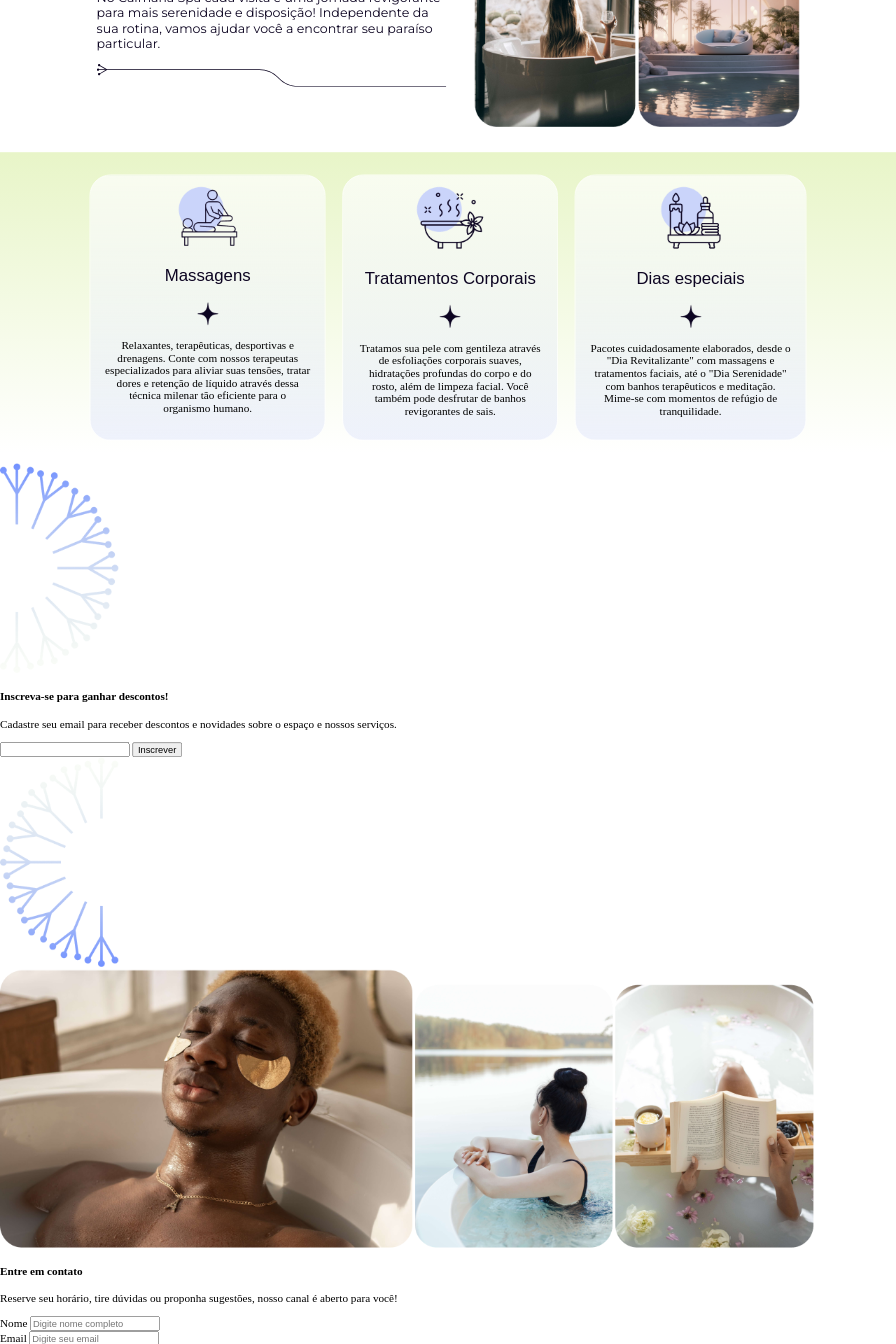
Repository: joaoPraiaJunior/curso-sass
Page: index.html
These files come from the project's save history. The page is drawn as it stood at one moment and after the next save; the edit follows.
The browser window is 1280 px wide. The pictures show the part of the page from y = 1378 to 3298 px (the page is 3401 px tall before and 3445 px after), at 70% of full size.
Some web fonts or font styles are not loaded; a fallback is used. The style sheet was rebuilt from its Sass, Less or Tailwind sources for each picture, by a compiler version that may differ from the author's.

Above is the page before, as saved 2024-07-06 17:31:32.

After the next save:
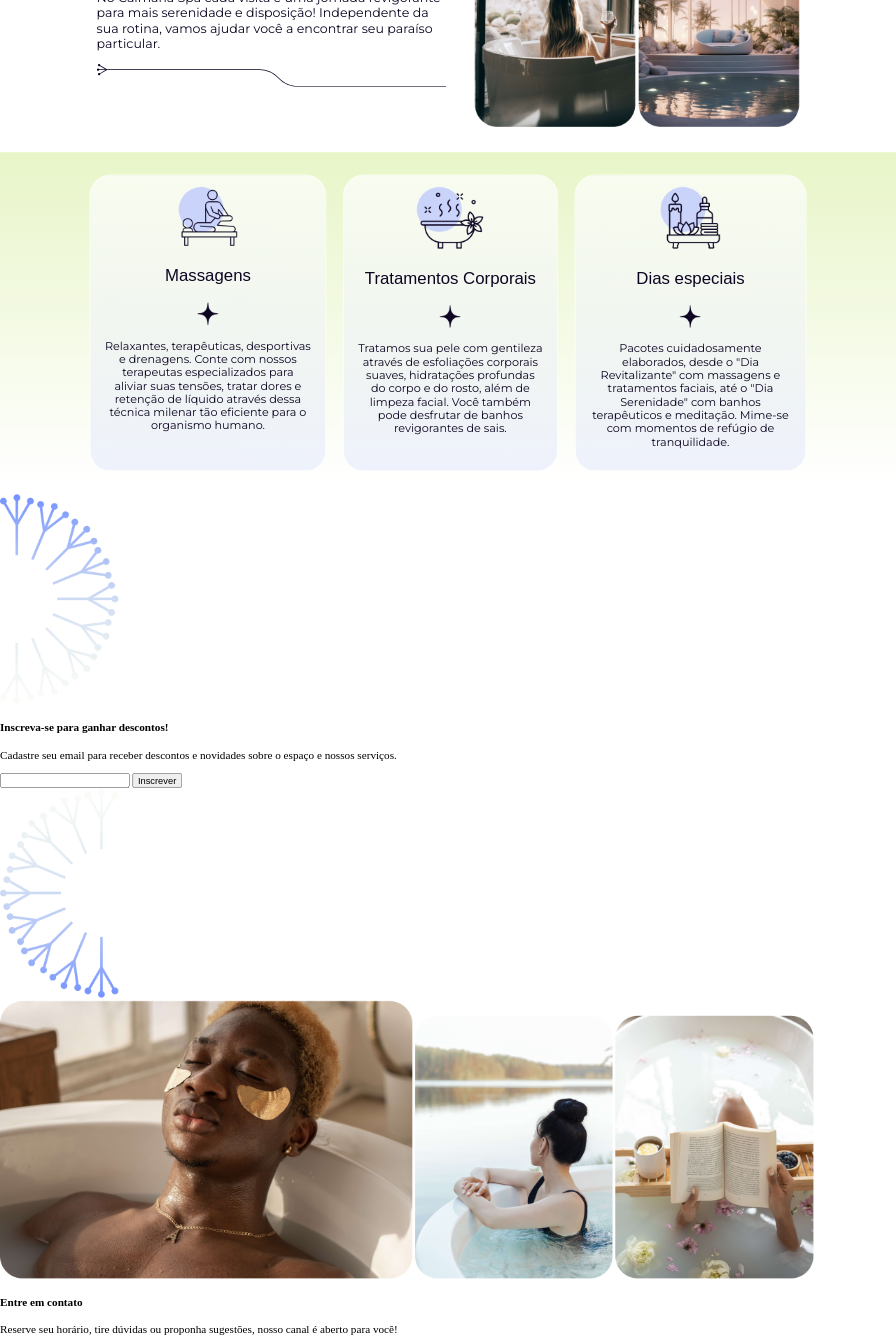
Saved 2 min 8 s later.
--- a/styles/components/_servicos.scss
+++ b/styles/components/_servicos.scss
@@ -21,7 +21,7 @@
                 @include mixins.estilos-fontes(variaveis.$ft-titulos, 2.4rem, variaveis.$cor-primaria);
                 font-weight: 500;
             }
-            &-textos {
+            &-texto {
                 @include mixins.estilos-fontes(variaveis.$ft-textos, 1.6rem, variaveis.$cor-primaria);
             }
         }
